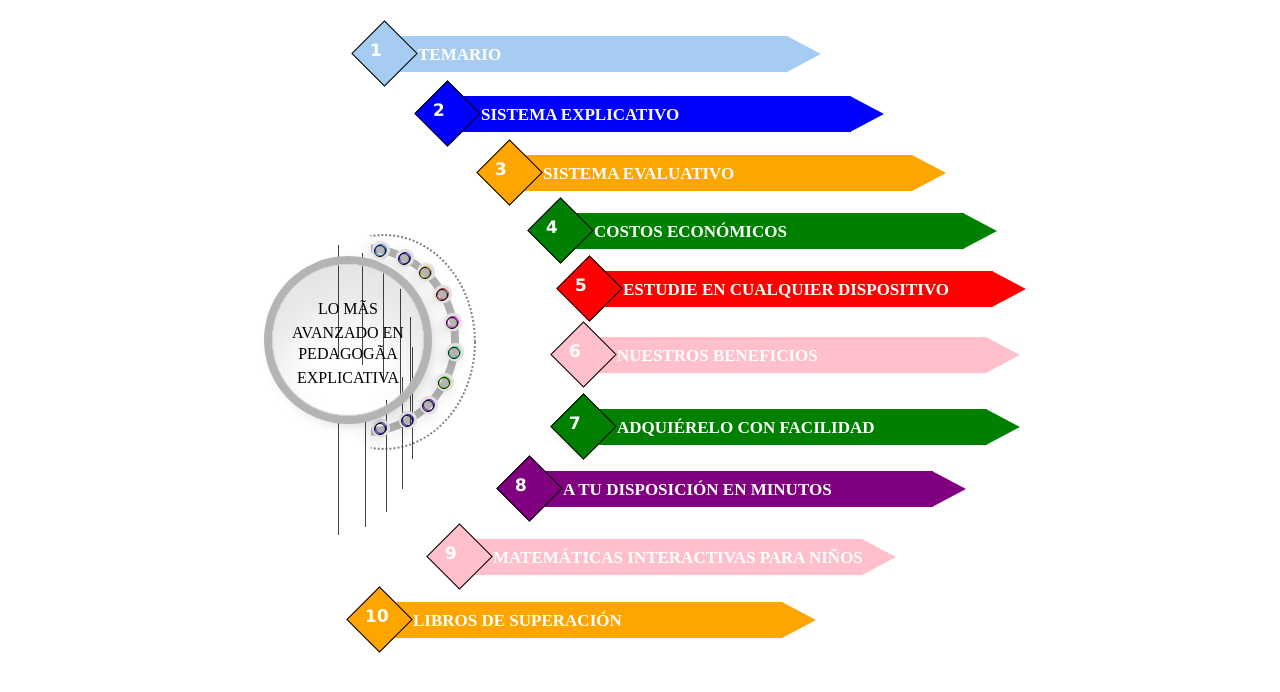
Repository: jennymoreno94/Menu
Page: index.html
The author's editor kept a copy of each file at every save. The page is drawn from the files as they stood at one save, then again after the next save.
The browser window is 1280 px wide. The pictures show the whole page.

Above is the page before, as saved 2021-08-01 23:13:23.

### index.html
<!DOCTYPE html>
<html lang=”en”>

<head>
  <link rel="stylesheet" href="estilo.css">
  <meta charset=”UTF-8″ />
  <title>Menu</title>
</head>
<body>
  <container>
    <div class="circulo-completo">
      <div class="circle-menu">
        <p>LO MÁS AVANZADO EN PEDAGOGÍA EXPLICATIVA</p>
      </div>
      <div id="circulo" class="circle-menus derecha"></div>
    </div>
    <div class="circle-punto derecha"> </div>
  </container>
</body>
<script type="text/javascript" src="menu.js"></script>

</html>

### estilo.css


.circulo-completo {
    margin: 250px;
}

.circle-menu {
    position: relative;
    width: 150px;
    height: 150px;
    border: 1px solid rgb(211, 208, 208);
    border-radius: 50%;
    box-shadow: inset 0 3em 3em rgba(0, 0, 0, 0.1), 0 0 0 0.5rem rgb(182, 179, 179), 0.3em 0.3em 1em rgba(0, 0, 0, 0.3);
    float: left;
    z-index: 7;
    margin: 14px;
}

p {
    padding: 1rem;
    text-align: center;
}

.circle-menus {
    position: relative;
    background-color: gray;
    width: 180px;
    height: 180px;
    border-radius: 50% 50%;
    margin-left: -165px;
    float: left;
    z-index: 6;
}

.circle-menus::before {
    position: absolute;
    content: "";
    top: 1%;
    left: 1%;
    background-color: #fff;
    height: 98%;
    width: 98%;
    border-radius: 50% 50%;
    box-shadow: inset 0 3em 3em rgb(255, 255, 255), 0 0 0 0.5rem rgb(182, 179, 179), 0.3em 0.3em 1em rgb(255, 255, 255);
}

.circle-menus::after {
    position: absolute;
    content: "";
    height: 50%;
    background-color: rgb(255, 255, 255);
    border: 1px solid #fff;
    top: 50%;
    left: 0;
    width: 100%;
    box-shadow: inset 0 3em 3em rgb(255, 255, 255), 0 0 0 0.5rem rgb(255, 255, 255), 0.3em 0.3em 1em rgb(255, 255, 255);
}

.circle-menus.derecha {
    transform: rotate(90deg);
}

.circulo-pequeno {
    position: relative;
    width: 10px;
    height: 10px;
    border-radius: 50%;
    box-shadow: inset 0 0.1rem 0.1rem rgba(0, 0, 0, 0.1), 0 0 0 0.2rem rgb(229, 224, 224), 0.3em 0.3em 1em rgba(0, 0, 0, 0.3);
    float: left;
    z-index: 5;
}

.num1 {
    border: 1px solid rgb(10 124 241);
    margin: 66px 0px 48px -6px;
}

.num::after {
    height: 1px;
    background-color: red;
}

.num2 {
    border: 1px solid rgb(32 20 212);
    margin: 42px 0px 0px -4px;
}

.num3 {
    border: 1px solid rgb(190 169 26);
    margin: 21px 0px 0px 2px;
}

.num4 {
    border: 1px solid rgb(200 41 41);
    margin: 4px 0px 0px 10px;
}

.num5 {
    border: 1px solid rgb(222 19 235);
    margin: -6px 0px 0px 16px;
}

.num6 {
    border: 1px solid rgb(18 235 115);
    margin: -8px 0px 0px 18px;
}

.num7 {
    border: 1px solid rgb(89 249 20);
    margin: 2px 0px 0px 18px;
}

.num8 {
    border: 1px solid rgb(100 3 225);
    margin: 18px 0px 0px 11px;
}

.num9 {
    border: 1px solid rgb(32 20 212);
    margin: 39px -1px 0px 3px;
}

.num10 {
    border: 1px solid rgb(32 20 212);
    margin: 66px -14px 0px -3px;
}

.circle-punto {
    position: relative;
    width: 212px;
    height: 180px;
    border-radius: 50% 50%;
    margin-left: -177px;
    border: 2px dotted gray;
    float: left;
    z-index: 4;
}

.circle-punto::before {
    position: absolute;
    content: "";
    top: 1%;
    left: 1%;
    background-color: #fff;
    height: 98%;
    width: 98%;
    border-radius: 50% 50%;
}

.circle-punto::after {
    position: absolute;
    content: "";
    height: 50%;
    background-color: rgb(255, 255, 255);
    border: 1px dotted #fff;
    top: 57%;
    left: 0;
    width: 100%;
}

.circle-punto.derecha {
    transform: rotate(90deg);
}

.boton-agrupado {
    position: relative;
    float: left;
    z-index: 3;
}

.button-href {
    position: relative;
    width: 400px;
    height: 36px;
    background: white;
    display: inline-block;
    color: black;
    text-decoration: none;
    z-index: -1;

}

.flecha {
    position: absolute;
    content: "";
    border-left: 34px solid white;
    border-top: 18px solid transparent;
    border-bottom: 18px solid transparent;
    margin-left: -1px;
}

.texto {
    margin-left: 30px;
    margin-top: 9px;
    font-size: 17px;
    color: white;

}

.btn1 {
    transform: translateY(-268px) translateX(-391px) rotate(630deg);
}

.btn2 {
    transform: translateY(-307px) translateX(-339px) rotate(630deg);
}

.btn3 {
    transform: translateY(-348px) translateX(-294px) rotate(630deg);
}

.btn4 {
    transform: translateY(-382px) translateX(-258px) rotate(630deg);
}

.btn5 {
    transform: translateY(-401px) translateX(-228px) rotate(630deg);
}

.btn6 {
    transform: translateY(-393px) translateX(-192px) rotate(630deg);
}

.btn7 {
    transform: translateY(-403px) translateX(-150px) rotate(630deg);
}

.btn8 {
    transform: translateY(-365px) translateX(-111px) rotate(630deg);
}

.btn9 {
    transform: translateY(-316px) translateX(-58px) rotate(630deg);
}

.btn10 {
    transform: translateY(-263px) translateX(-3px) rotate(630deg);
}

.linea {
    position: relative;
    width: 112px;
    height: 47px;
    border-bottom: 1px solid rgb(68, 66, 66);
    float: left;
    z-index: 4;
}

.linea::after {
    position: absolute;
    content: "";
    width: 10px;
    height: 10px;
    border-radius: 50%;
    float: left;
    border: 1px solid #000;

}

.linea1 {
    transform: translateY(4px) translateX(-168px) rotate(181deg);
    width: 168px;
}

.linea2 {
    transform: translateY(-4px) translateX(-143px) rotate(186deg);
    width: 140px;
}

.linea3 {
    transform: translateY(-30px) translateX(-115px) rotate(210deg);
    width: 110px;
}

.linea4 {
    transform: translateY(-57px) translateX(-105px) rotate(236deg);
}

.linea5 {
    transform: translateY(-72px) translateX(-91px) rotate(254deg);
}

.linea6 {
    transform: translateY(-76px) translateX(-67px) rotate(270deg);
    width: 100px;
}

.linea7 {
    transform: translateY(-86px) translateX(-51px) rotate(291deg);
    width: 118px;
}

.linea8 {
    transform: translateY(-77px) translateX(-21px) rotate(318deg);
}

.linea9 {
    transform: translateY(-11px) translateX(12px) rotate(169deg);
    width: 140px;
}

.linea10 {
    transform: translateY(-41px) translateX(11px) rotate(361deg);
    width: 168px;
}

.text {
    border-radius: 4px;
    font-family: Verdana;
    color: white;
    position: relative;
    overflow: hidden;
    padding: 4px;
    top: 37%;
    transform: translateY(-111%) rotate( 314deg);
    font-size: 17px;
    text-transform: uppercase;
}

.rombo {
    position: absolute;
    content: "";
    width: 45px;
    height: 45px;
    background: white;
    -webkit-transform: rotate(45deg);
    -moz-transform: rotate(45deg);
    -ms-transform: rotate(45deg);
    -o-transform: rotate(45deg);
    transform: rotate(45deg);
    border: 1px solid;
    margin-left: -27px;
    margin-top: -6px;
    z-index: 1;
}

### menu.js
let circulo = document.getElementById("circulo");

function Menu() {
    for (i = 0; i < 10 ; i++ ) {
        let circuloPequeno = document.createElement("div")
        circuloPequeno.classList.add("circulo-pequeno")
        circuloPequeno.classList.add(`num${i+1}`)

        let linea = document.createElement("div")
        linea.classList.add("linea")

        let lineaPunto = document.createElement("div")
        lineaPunto.classList.add(`linea${i+1}`)

        let boton = document.createElement("div")
        boton.classList.add("boton-agrupado")
        boton.classList.add(`btn${i+1}`)

        let color=cambiocolor(i+1)

        let spanRombo =document.createElement("span")
        spanRombo.classList.add("rombo")
        spanRombo.classList.add(`span${i+1}`)
        spanRombo.style.setProperty(`background`, color);

        let h3Rombo =document.createElement("h3")
        h3Rombo.classList.add("text")

        let link =document.createElement("a")
        link.classList.add("button-href")
        link.classList.add(`color${i+1}`)
        link.style.setProperty(`background`, color);

        let span =document.createElement("span")
        span.classList.add("flecha")
        span.classList.add(`span${i+1}`)
        span.style.setProperty(`border-left`,`34px solid ${color}`);

        let h3 =document.createElement("h3")
        h3.classList.add("texto")
        let textoFinal = texto(i+1)

        circulo.appendChild(circuloPequeno)
        circuloPequeno.appendChild(linea)
        linea.appendChild(lineaPunto)
        circuloPequeno.appendChild(boton)
        boton.appendChild(spanRombo)
        boton.appendChild(link)
        boton.appendChild(span)
        link.appendChild(h3)
        spanRombo.appendChild(h3Rombo)
        h3.append(textoFinal);
        h3Rombo.append(i+1);
    }
}


function texto(num) {
    let texto = ''
    switch (num) {
        case 1: texto='TEMARIO'
        break;
        case 2: texto='SISTEMA EXPLICATIVO'
        break;
        case 3: texto='SISTEMA EVALUATIVO'
        break;
        case 4: texto='COSTOS ECONÓMICOS'
        break;
        case 5: texto='ESTUDIE EN CUALQUIER DISPOSITIVO'
        break;
        case 6: texto='NUESTROS BENEFICIOS'
        break;
        case 7: texto='ADQUIÉRELO CON FACILIDAD'
        break;
        case 8: texto='A TU DISPOSICIÓN EN MINUTOS'
        break;
        case 9: texto='MATEMÁTICAS INTERACTIVAS PARA NIÑOS'
        break;
        case 10: texto='LIBROS DE SUPERACIÓN'
        break;
    }
    return texto
}

function cambiocolor(num) {
    let color = ''
    switch (num) {
        case 1: color='rgb(166, 205, 241)'
        break;
        case 2: color='blue'
        break;
        case 3: color='orange'
        break;
        case 4: color='green'
        break;
        case 5: color='red'
        break;
        case 6: color='pink'
        break;
        case 7: color='green'
        break;
        case 8: color='purple'
        break;
        case 9: color='pink'
        break;
        case 10: color='orange'
        break;
    }
    return color
}




document.onload = Menu()

After the next save:
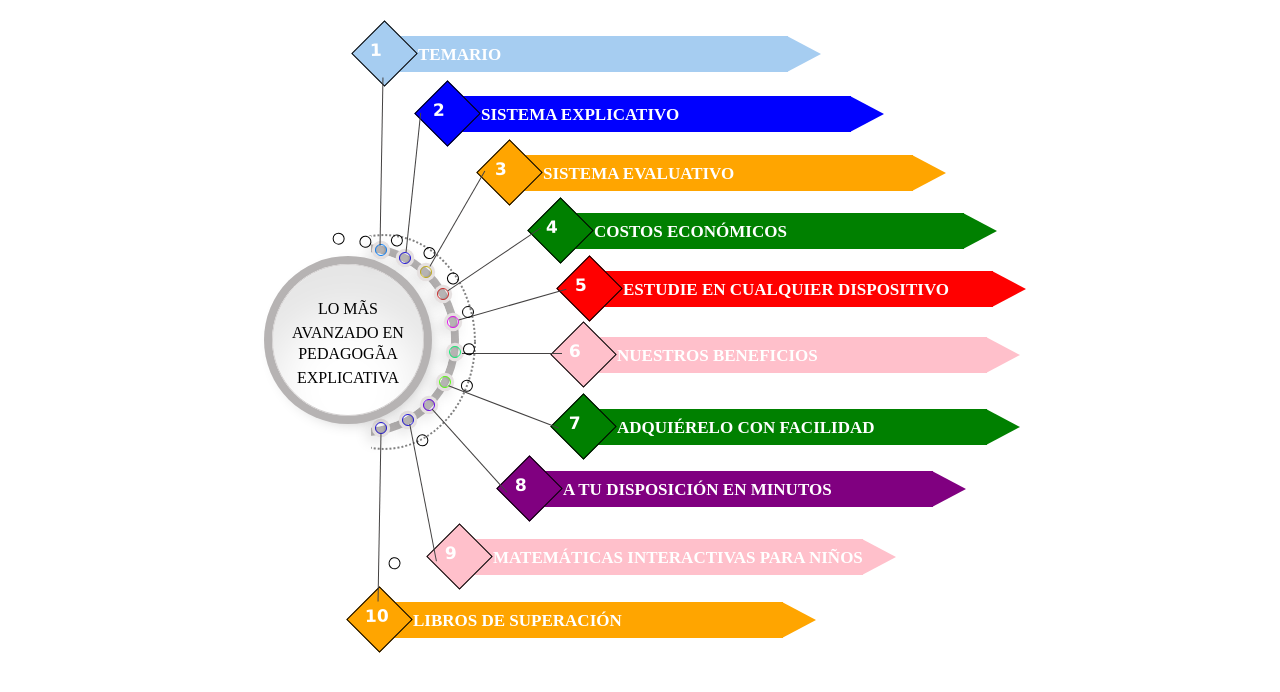
Saved 18 s later.
--- a/menu.js
+++ b/menu.js
@@ -8,9 +8,7 @@ function Menu() {
 
         let linea = document.createElement("div")
         linea.classList.add("linea")
-
-        let lineaPunto = document.createElement("div")
-        lineaPunto.classList.add(`linea${i+1}`)
+        linea.classList.add(`linea${i+1}`)
 
         let boton = document.createElement("div")
         boton.classList.add("boton-agrupado")
@@ -42,7 +40,6 @@ function Menu() {
 
         circulo.appendChild(circuloPequeno)
         circuloPequeno.appendChild(linea)
-        linea.appendChild(lineaPunto)
         circuloPequeno.appendChild(boton)
         boton.appendChild(spanRombo)
         boton.appendChild(link)
